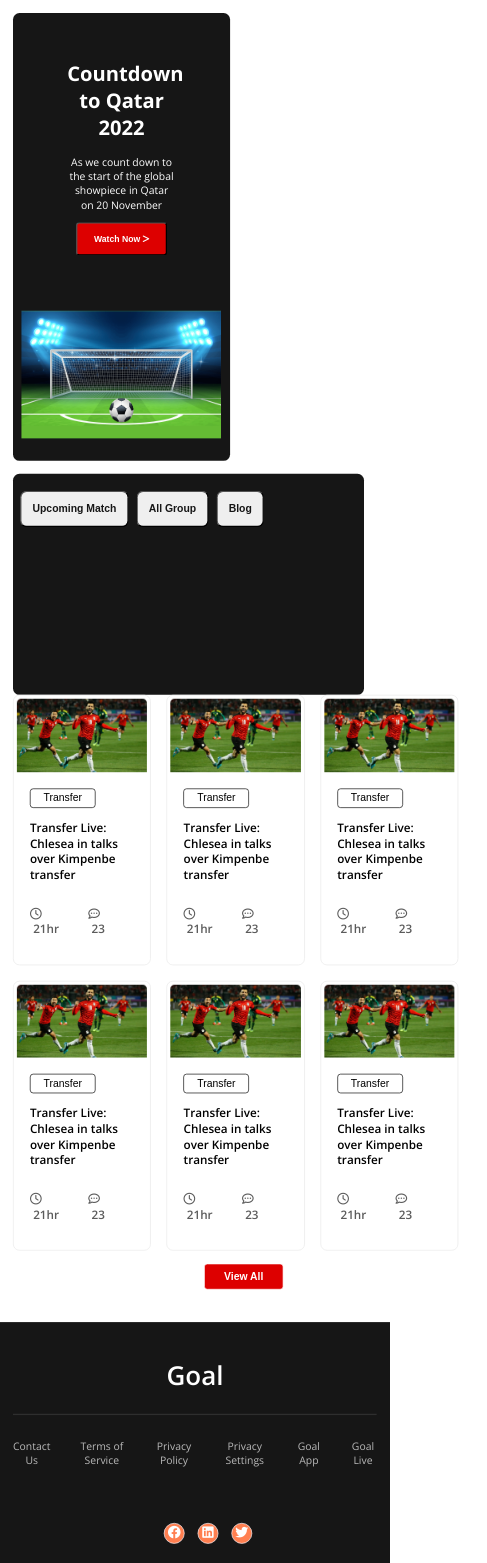
Repository: zjria/Qatar-world-cup
Page: index.html
An editor plug-in stored every save of this project. The page is shown before and after the next save, followed by the edit.
The browser window is 600 px wide. The page is 750 px wide, so the pictures cover 750 px, including what lies to the right of the window. The pictures show the whole page, at 65% of full size.

Above is the page before, as saved 2022-09-10 19:39:34.

After the next save:
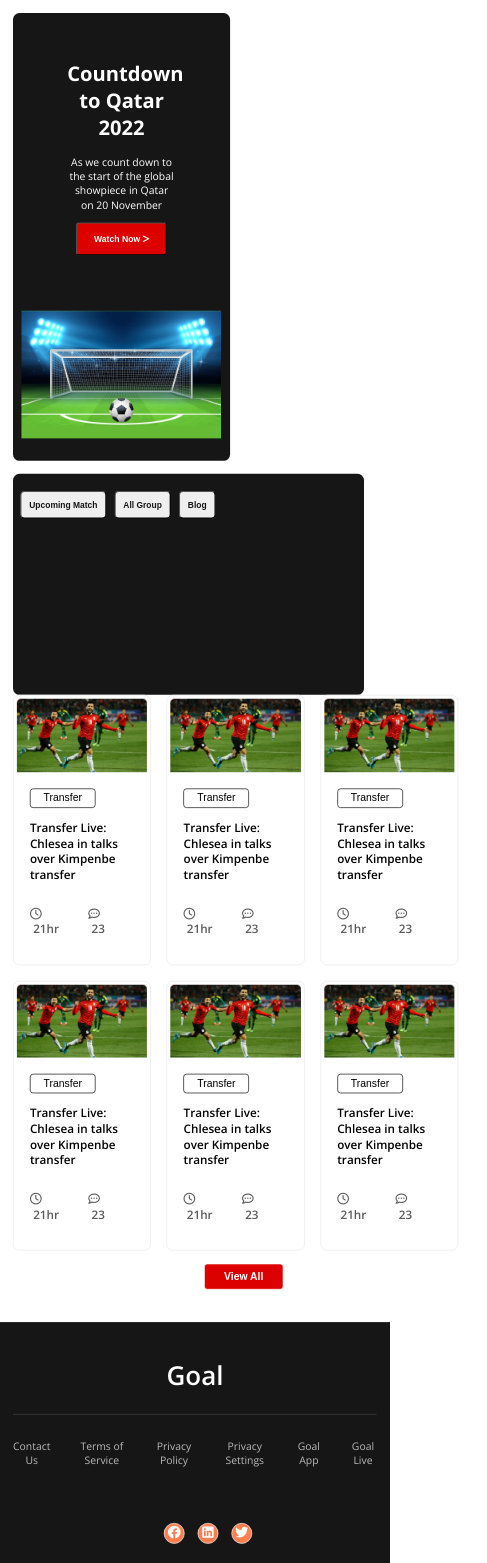
Saved 88 s later.
--- a/style.css
+++ b/style.css
@@ -332,11 +332,11 @@
     }
 
     .all-button button {
-        padding: 17px;
+        padding: 12px;
         margin: 6px;
-        border-radius: 10px;
+        border-radius: 7px;
         font-weight: 700;
-        font-size: 16px;
+        font-size: 13px;
     }
 
     .nav-section {
